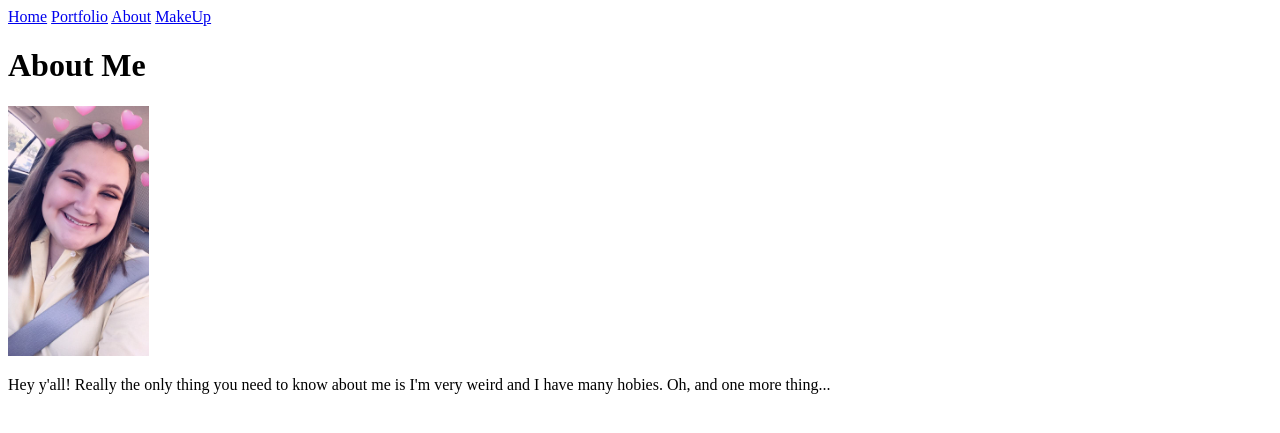
Repository: EMcmurray1862/emcmurray1862.github.io
Page: my_website/about.html
The author's editor kept a record of every edit. The page is drawn from the files as they stood at one moment, then again after the next edit.
The browser window is 1280 px wide. The pictures show the whole page.

Above is the page before.

After the next edit:
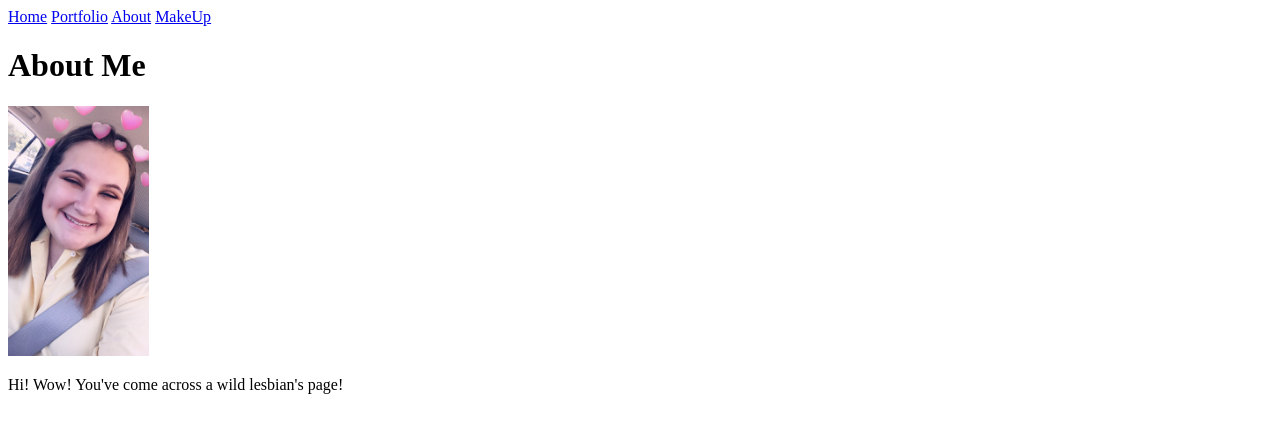
The edit:
--- a/my_website/about.html
+++ b/my_website/about.html
@@ -12,6 +12,6 @@
     <h1>About Me</h1>
     <img src="images/selfie.jpg" height="250">
     <br>
-    <p>Hey y'all! Really the only thing you need to know about me is I'm very weird and I have many hobies. Oh, and one more thing...</p>
+    <p>Hi! Wow! You've come across a wild lesbian's page!</p>
 	  </body>
 	</html>
